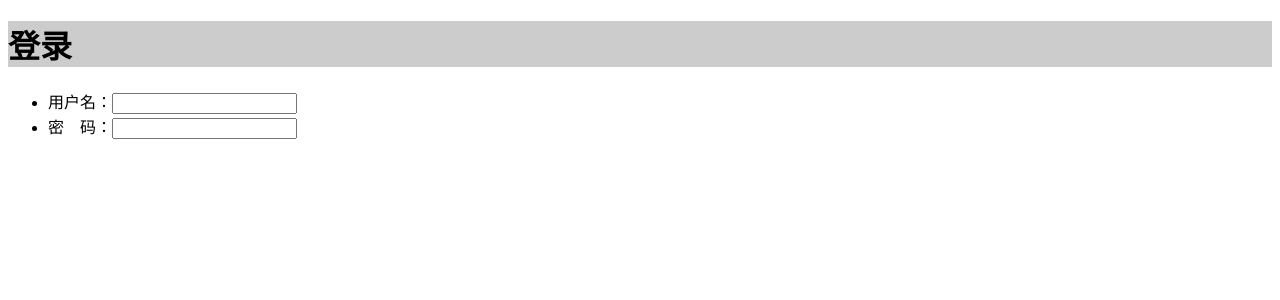
Repository: jiangrongbo/mybatis-blog
Page: http://localhost/exam3/
The author's editor kept a copy of each file at every save. The page is drawn from the files as they stood at one save, then again after the next save.
The browser window is 1280 px wide. The pictures show the whole page.
The page is served by Tomcat 9. Other server files are loaded and not shown.

Above is the page before, as saved 2015-06-28 13:13:17.

### exam3/WebContent/index.jsp
<%@ page language="java" contentType="text/html; utf-8"  pageEncoding="utf-8"%>
<!DOCTYPE html PUBLIC "-//W3C//DTD HTML 4.01 Transitional//EN" "http://www.w3.org/TR/html4/loose.dtd">
<html>
<head>
<meta http-equiv="Content-Type" content="text/html; utf-8">
<title>登录页面</title>
<style>
#login h1{
background:#ccc;
}
</style>
</head>
<body>
	<div id="login">
		<h1>登录</h1>
		<ul>
			<li>用户名：<input type="text" name="username"></li>
			<li>密　码：<input type="text" name="password"></li>
		</ul>
	</div>
</body>
</html>

After the next save:
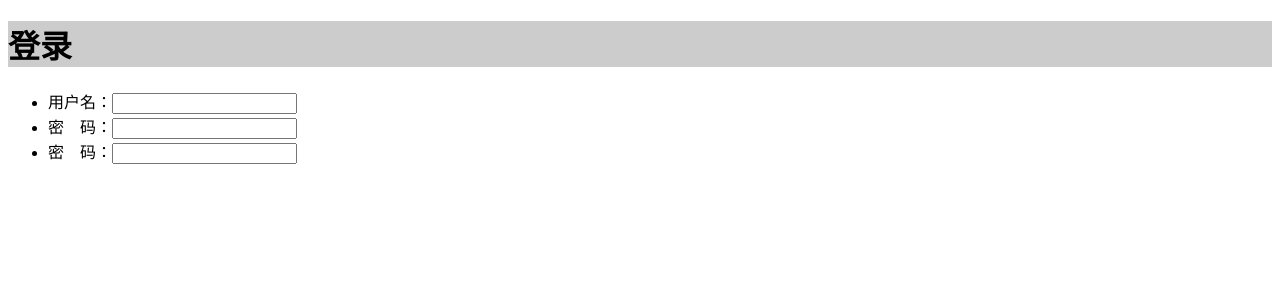
Saved 8 s later.
--- a/exam3/WebContent/index.jsp
+++ b/exam3/WebContent/index.jsp
@@ -16,6 +16,7 @@ background:#ccc;
 		<ul>
 			<li>用户名：<input type="text" name="username"></li>
 			<li>密　码：<input type="text" name="password"></li>
+			<li>密　码：<input type="text" name="password"></li>
 		</ul>
 	</div>
 </body>
